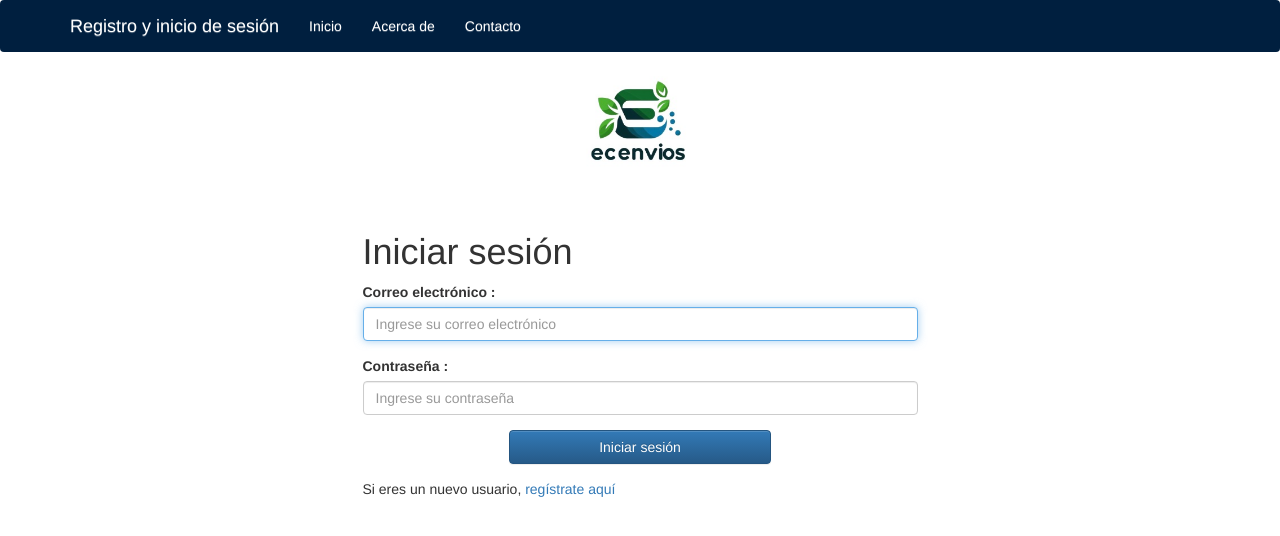
Repository: BolivarCaro/ecenviosweb
Page: http://localhost/login
An editor plug-in stored every save of this project. The page is shown before and after the next save, followed by the edit.
The browser window is 1280 px wide. The pictures show the whole page.
The page is this project's Thymeleaf template; nobody is signed in. The template is opened directly, without the code that normally fills it, so the values that code supplies are empty.

Above is the page before, as saved 2024-07-14 14:32:08.
Console error (its wording comes from the project's code and is left out).

After the next save:
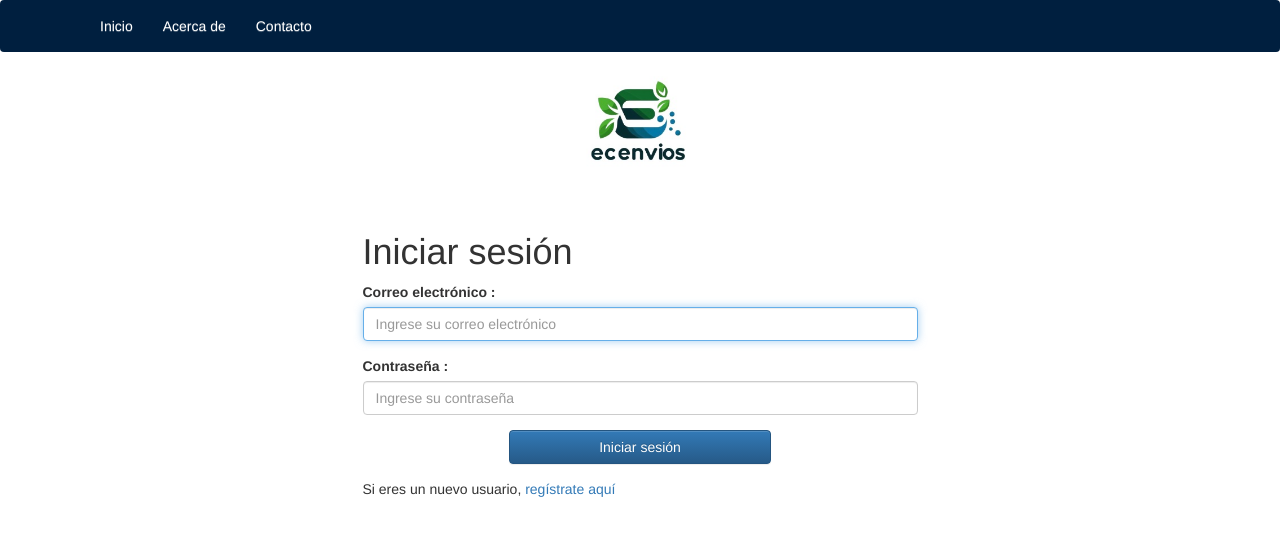
Saved 77 s later.
--- a/sprindbootecenvios/src/main/resources/templates/login.html
+++ b/sprindbootecenvios/src/main/resources/templates/login.html
@@ -28,9 +28,7 @@
 	                <span class="icon-bar"></span>
 	                <span class="icon-bar"></span>
 	            </button>
-	            <a class="navbar-brand" href="#" th:href="@{/}" style="color: white;">
-	                Registro y inicio de sesión
-	            </a>
+
 	        </div>
 	        <div id="navbar" class="collapse navbar-collapse">
 	            <ul class="nav navbar-nav">
